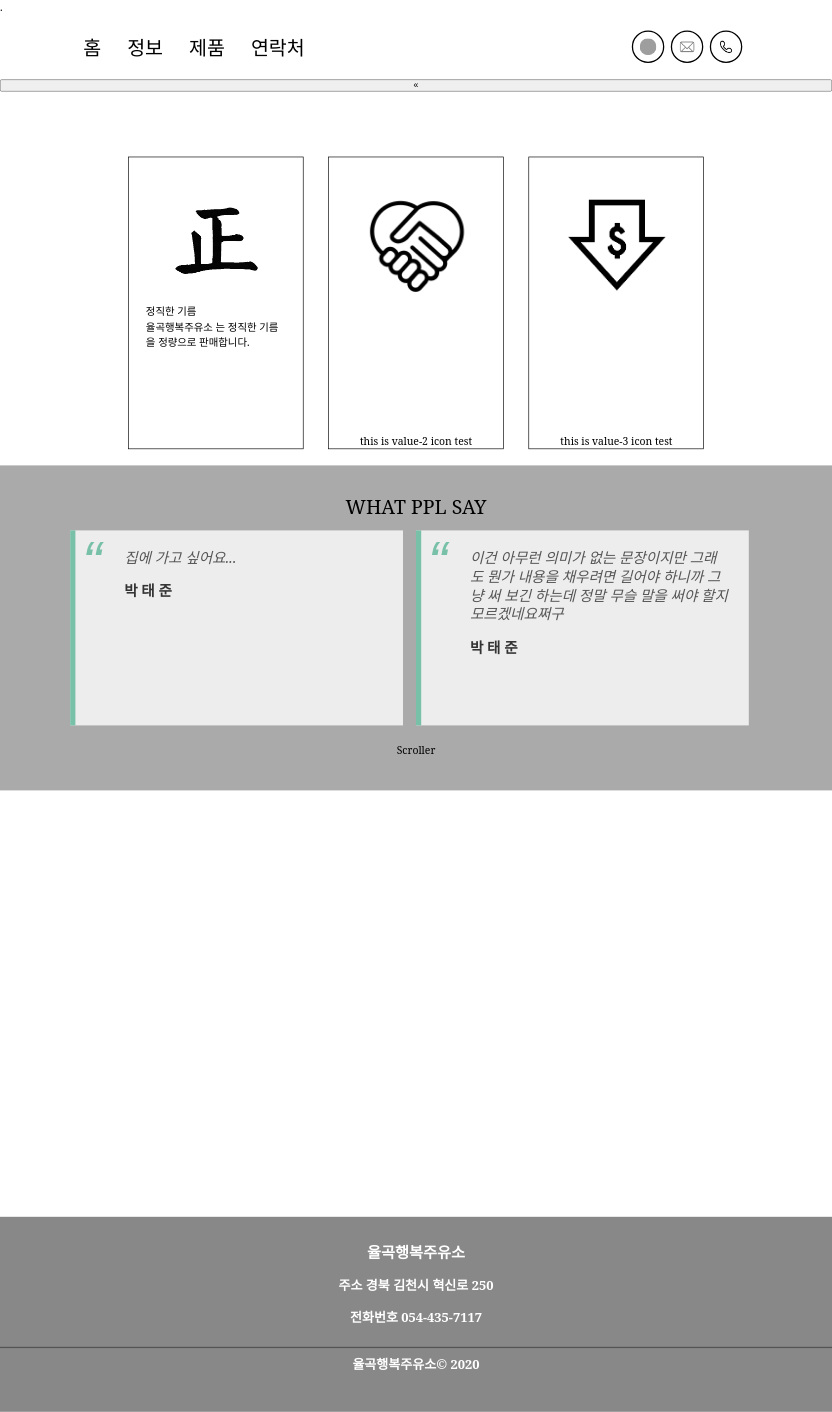
Repository: randomUser134923/pet-projects
Page: pet-projects/web1/index.html
The author's editor kept a record of every edit. The page is drawn from the files as they stood at one moment, then again after the next edit.
The browser window is 1280 px wide. The pictures show the whole page, at 65% of full size.
Pictures or frames that could not be fetched are drawn as grey boxes.

Above is the page before.

### pet-projects/web1/index.html
<!DOCTYPE html>
<html>
    <head>
        <meta charset="utf-8"/>
        <link rel="stylesheet" href="./css/style.css" type="text/css" />
        <link rel="stylesheet" href="./css/banner.css" type="text/css" />
          <link rel="stylesheet" href="https://cdnjs.cloudflare.com/ajax/libs/animate.css/4.1.1/animate.min.css" />
        <script type="text/javascript" src="./js/jquery-3.5.1.js"></script>
        <script src="https://cdnjs.cloudflare.com/ajax/libs/modernizr/2.8.3/modernizr.min.js"></script>.
        <script type="text/javascript" src="./js/banner.js"></script>


    </head>

    <body>
        <header>
            <div class="menu-wrapper">
                <ul class="menu-bar">
                    <li class="home_cont"><a href="#" class="home">홈</a></li>
                    <li class="about_cont"><a href="#" class="about">정보</a></li>
                    <li class="offer_cont"><a href="#" class="offer">제품</a></li>
                    <li class="contract_cont"><a href="#" class="contact">연락처</a></li>
                </ul>

                <ul class="icon-bar">
                    <li><img class="map-icon" src="./images/map.png" /></li>
                    <li><img class="mail-icon" src="./images/mail.png" /></li>
                    <li><img class="call-icon" src="./images/call.png" /></li>
                </ul>

            </div>

        </header>

        <div class="content-wrapper">
            <button onclick="prev()">&laquo;</button>
            <div class="scroller">
                <ul class="items">
                    <li class="item" style="background-image:url(./images/gas-station-1.jpg);"></li>
                    <li class="item" style="background-image:url(./images/img2.jpg);"></li>
                    <li class="item" style="background-image:url(./images/img3.jpg);"></li>
                </ul>
            </div>

            <div class="values">
                <div class="value1">
                    <div class ="value1-icon">
                        <img class= "value-icon-common" src="./images/honest.png"/>
                    </div>
                    <div class="value1-text-container">
                        <div class="value1-text-container-header">
                            정직한 기름
                        </div>
                        <div class="value1-text-container-explain">
                            <p><span class="gas-station-name">율곡행복주유소</span> 는 정직한 기름을 정량으로 판매합니다.</p>
                        </div>
                    </div>
                </div>

                <div class="value2">
                    <div class ="value2-icon">
                        <img class= "value-icon-common" src="./images/kind.png"/>
                    </div>
                    <p>
                        this is value-2 icon test
                    </p>
                </div>

                <div class="value3">
                    <div class ="value3-icon">
                        <img class= "value-icon-common" src="./images/cheap.png"/>
                    </div>
                    <p>
                        this is value-3 icon test
                    </p>
                </div>
            </div>

            <div class="reviews">
                <div class="review-text">
                    WHAT PPL SAY
                </div>

                <div class="review-box-wrapper">
                    <div class="review-box-1">
                        <blockquote>
                            집에 가고 싶어요...
                          <span>박 태 준</span>
                        </blockquote>
                    </div>

                    <div class="review-box-1">
                        <blockquote>
                            이건 아무런 의미가 없는 문장이지만 그래도 뭔가 내용을 채우려면 길어야 하니까 그냥 써 보긴 하는데 정말 무슬 말을 써야 할지 모르겠네요쩌구
                          <span>박 태 준</span>
                        </blockquote>
                    </div>
                </div>

                <div class="scroller">
                    Scroller
                </div>
            </div>

        </div>

        <footer>
            <div class="footer_explain">
                <h3> 율곡행복주유소 </h3>
                <p>
                    <span class="address">주소</span> 경북 김천시 혁신로 250<br>
                    <span class="phone">전화번호</span> 054-435-7117 <br>
                </p>
            </div>

            <div class="copyright">
                <span>율곡행복주유소</span><spanw>&copy</spanw> 2020
            </div>
        </footer>
    </body>
</html>

### pet-projects/web1/css/style.css
/* https://freefrontend.com/css-sliders/ */


* {
    padding: 0;
    margin:0;
    box-sizing: border-box;
}

@font-face { font-family: 'NanumBarunGothic';
src: url('/fonts/NanumBarunGothic.eot');
src: url('/fonts/NanumBarunGothic.eot') format('embedded-opentype'),
url('/fonts/NanumBarunGothic.woff') format('woff');}



header {
    display: flex;
    align-items: center;
    justify-content: center;
    height: 100px;
    width: 100%;
    background-color: #FFFFFF;
}

body {
    font-family: 'NanumGothic', 'serif';

}

ul {
    list-style-type: none;
    text-decoration: none;
}


a {
    text-decoration: none;
}

.menu-wrapper {
    display: flex;
    flex-direction: row;
    width: 80%;
    justify-content: space-between;
    align-items: center;
}

.menu-bar {
    display: flex;
    flex-direction: row;
    align-items: center;
}

.icon-bar {
    display: flex;
    flex-direction: row;
    align-items: center;
}

.map-icon , .call-icon , .mail-icon {
    display: flex;
    justify-content: center;
    align-items: center;
    width: 50px;
    height: 50px;
    padding: 10px;
    mix-blend-mode: multiply;
    border: 2px solid black;
    border-radius: 50px;
    margin-right: 10px;
}

.menu-bar li a {
    color: black;
}

.menu-bar li a:hover {
    color: blue;
}


.home , .about, .offer, .contact {
    display: flex;
    justify-content: center;
    align-items: center;
    font-size: 30px;
    margin-right: 40px;
}



.contact {
    margin-right: 0px;
}

.content-wrapper {
    position: relative;
    display: flex;
    flex-direction: column;
    height: 1750px;

}

/*                           Sliding banner                           */
.scroller {
    position: relative;
    display: flex;
    overflow:hidden;
    flex-wrap: nowrap;
    width: 100%;
    height: 750px;
}



/* ------------------------------------------------------------------- */

.values {
    display: flex;
    justify-content: center;
    align-items: center;
    height: 500px;
}


.value1 , .value2 , .value3 {
    position: relative;
    display:flex;
    justify-content: center;
    align-items: flex-end;
    border: 1px solid black;
    width: 270px;
    height: 90%;
    margin-right: 3%;
}

.value1-text-container {
    display:flex;;
    flex-direction: column;

    width: 80%;
    height: 50%;
}

.value1-text-container-header {
    display:flex;
    text-align: center;

}

.value1-text-container-explain {
    display:flex;
}


.value3 {
    margin-right:0px;
}

.value1-icon , .value2-icon , .value3-icon {
    position: absolute;
    left: 50px;
    top: 50px;
    display: flex;
    justify-content: center;
    align-items: center;

    width: 170px;
    height: 170px;
}

.value-icon-common {
    width: 150px;
    height: 150px;
    mix-blend-mode: multiply;
}

.reviews {
    display: flex;
    justify-content: center;
    align-items: center;
    flex-direction: column;
    height: 500px;
    background-color: #AAAAAA;
}

.review-text {
    display: flex;
    justify-content: center;
    align-items: center;
    height: 75px;
    font-size: 30px;

}

.review-box-wrapper {
    display: flex;
    justify-content: center;
    align-items: center;
    flex-direction: row;
    width: 100%;
    height: 300px;

}

.review-box-1 {
    margin-right: 20px;
}

.review-box-1 , .review-box-2 {
    display: flex;
    justify-content: center;
    align-items: center;
    width: 40%;
    height: 100%;
}

blockquote{
  font-size: 1.4em;
  width:100%;
  height: 100%;
  margin:50px auto;
  font-style:italic;
  color: #555555;
  padding:1.2em 30px 1.2em 75px;
  border-left:8px solid #78C0A8 ;
  line-height:1.3;
  position: relative;
  background:#EDEDED;
}

blockquote::before{
  font-family:Arial;
  content: "\201C";
  color:#78C0A8;
  font-size:4em;
  position: absolute;
  left: 10px;
  top:-10px;
}

blockquote::after{
  content: '';
}

blockquote span{
  display:block;
  color:#333333;
  font-style: normal;
  font-weight: bold;
  margin-top:1em;
}


.scroller {
    display: flex;
    justify-content: center;
    align-items: center;
    height: 75px;
}
footer {
    height: 300px;
    font-size: 20px;
    text-align: center;
    color: white;
    background-color: #888888;
    font-weight: bold;
    line-height: 50px;
    vertical-align: middle;
}

.footer_explain {
    padding-top: 30px;
    height: 200px;
}

.copyright {
    height: 100px;
    border-top: 2px solid #555555;

}

### pet-projects/web1/css/banner.css

i {
    margin: 0;
	padding: 0;
	border: 0;
	font-size: 100%;
	font: inherit;
	vertical-align: baseline;
}


#slides{
  position: relative;
  width: 100%;
  padding: 0;
  margin: 0;
}

.slide{
  height:100%;
  position: relative;
  left: 0;
  top: 0;
  width: 100%;
  opacity: 0;
  transition: opacity 1s;
  background-size: cover;
}

.showing{
  opacity: 1;
  z-index: 2;
}

.slide1{
  background-image: url("../images/img1.jpg")
}

.slide2{
  background-image: url(("../images/img2.jpg)
}

.slide3{
  background-image: url(("../images/img3.jpg")
}



.arrow{
  color: #fff;
  z-index: 3;
  position: absolute;
  top: 80%;
  transition: color 1s;
    font-size: 30px;
}

.arrow:hover{
  cursor: pointer;
  color: #444;

}

.arrow-next{
  left: 20%;
}

.arrow-prev{
  right: 20%;
}



@media(min-width: 750px){

    .arrow-next{
      left: 40%;
    }

    .arrow-prev{
      right: 40%;
    }

}

Loaded but not shown: pet-projects/web1/js/jquery-3.5.1.js (library); pet-projects/web1/js/banner.js (no stored copy; drawn as an empty file)

After the next edit:
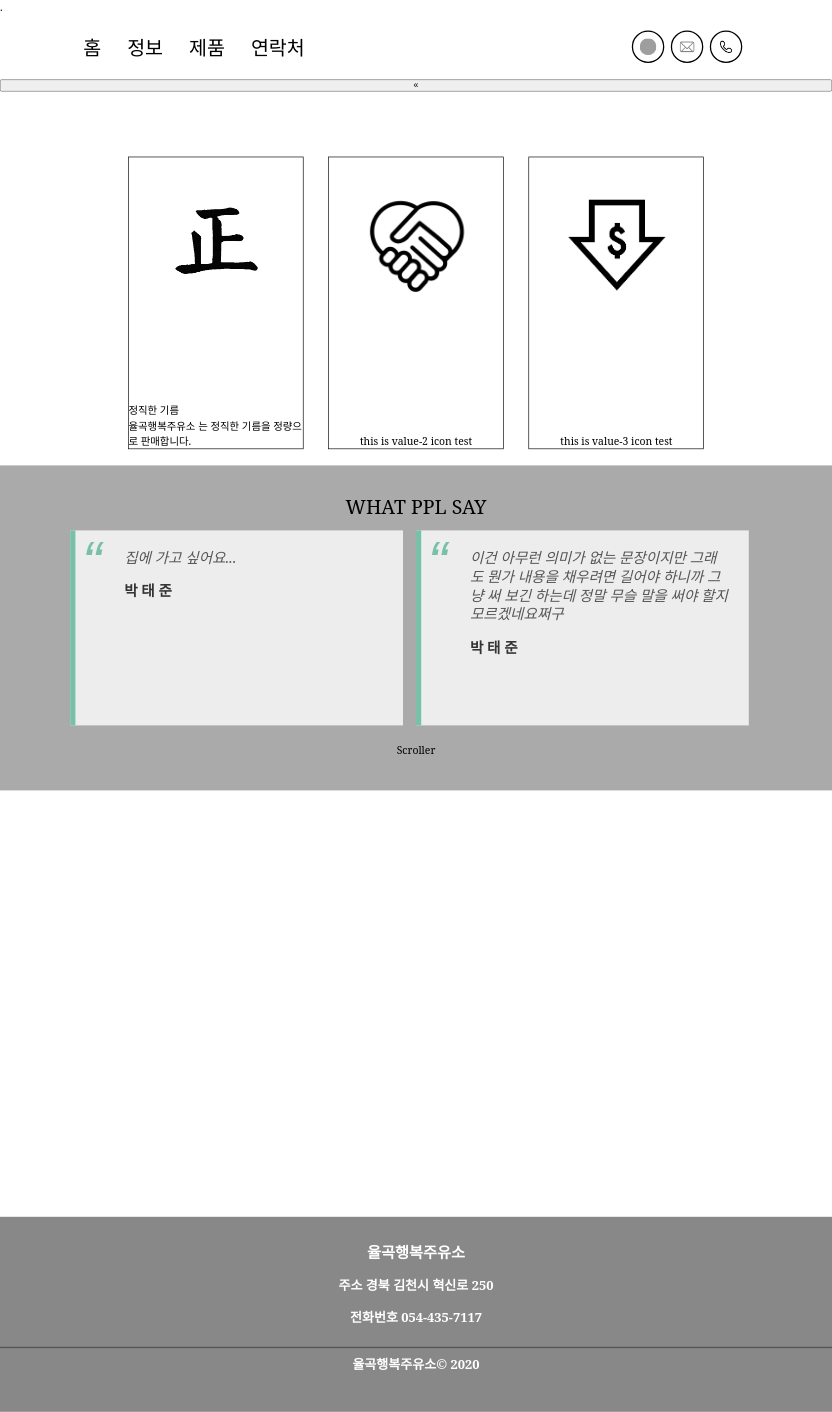
The edit:
--- a/pet-projects/web1/index.html
+++ b/pet-projects/web1/index.html
@@ -47,8 +47,8 @@
                     <div class ="value1-icon">
                         <img class= "value-icon-common" src="./images/honest.png"/>
                     </div>
-                    <div class="value1-text-container">
-                        <div class="value1-text-container-header">
+                    <div class="value-text-container">
+                        <div class="value-text-container-header">
                             정직한 기름
                         </div>
                         <div class="value1-text-container-explain">
